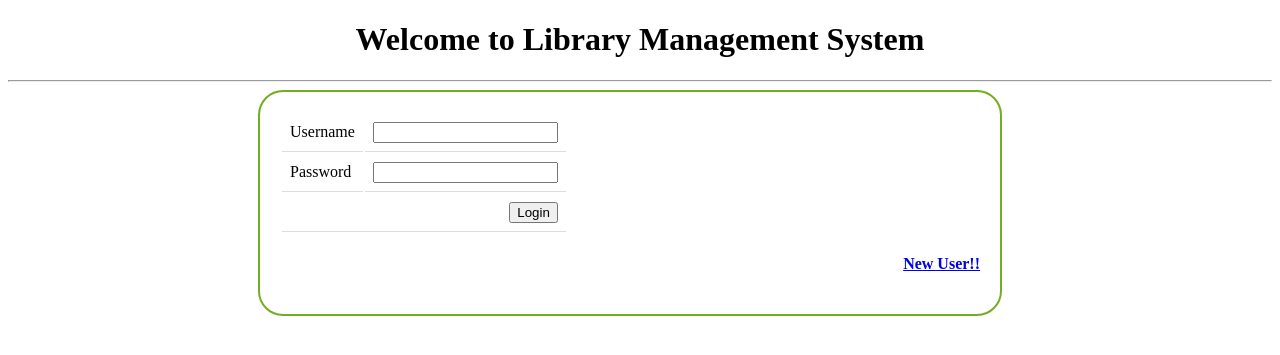
Repository: paragpatidar/LibraryManagementSystem
Page: http://localhost/LibraryManagementSystemSpring/
The author's editor kept a copy of each file at every save. The page is drawn from the files as they stood at one save, then again after the next save.
The browser window is 1280 px wide. The pictures show the whole page.
The page is served by Tomcat 9. Nobody is signed in. The application's start-up code is not run. Other server files are loaded and not shown.

Above is the page before, as saved 2017-11-08 07:22:35.

### LibraryManagementSystemSpring/WebContent/index.jsp
<%@ page language="java" contentType="text/html; charset=ISO-8859-1"
	pageEncoding="ISO-8859-1"%>
<!DOCTYPE html PUBLIC "-//W3C//DTD HTML 4.01 Transitional//EN" "http://www.w3.org/TR/html4/loose.dtd">
<html>
<head>
<meta http-equiv="Content-Type" content="text/html; charset=ISO-8859-1">
<title>Insert title here</title>
<style>
#form {
    border-radius: 25px;
    border: 2px solid #73AD21;
    padding: 20px;
    margin-right : 270px;
    margin-left : 250px;
}

th, td {
    padding: 8px;
    border-bottom: 1px solid #ddd;
}
</style>

</head>
<body>
	<h1 align="center">Welcome to Library Management System</h1>
	<hr>
	<div id="form">
	<form action="login.htm" method="post">
		<table>
			<tr>
				<td>Username</td>
				<td><input type="text" name="userName"></td>
			</tr>
			<tr>
				<td>Password</td>
				<td><input type="password" name="password"></td>
			</tr>
			<tr>
				<td colspan="2" align="right"><input type="submit" name="submit" value="Login"></td>
			</tr>
		</table>
	</form>
	<h4 align="right"><a href="newUser.htm">New User!!</a></h4>
	</div>
</body>
</html>

After the next save:
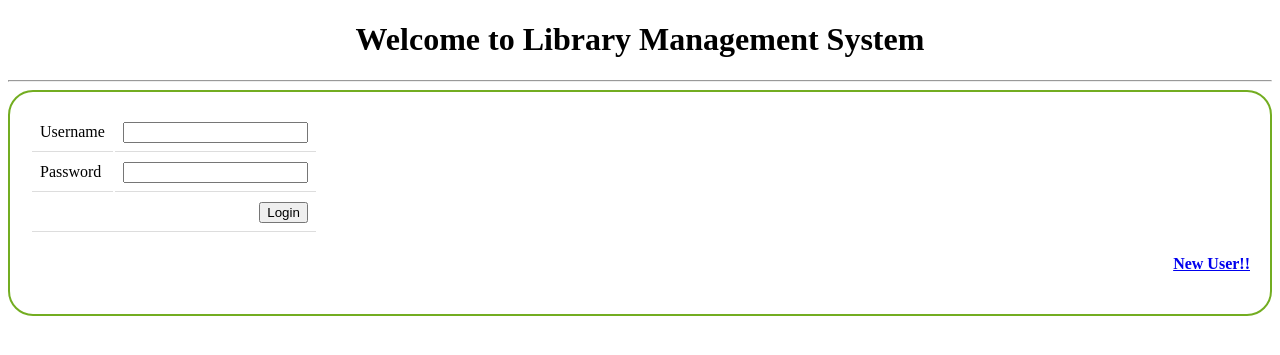
Saved 20 min 54 s later.
--- a/LibraryManagementSystemSpring/WebContent/index.jsp
+++ b/LibraryManagementSystemSpring/WebContent/index.jsp
@@ -10,8 +10,7 @@
     border-radius: 25px;
     border: 2px solid #73AD21;
     padding: 20px;
-    margin-right : 270px;
-    margin-left : 250px;
+	horizontal-align: center;
 }
 
 th, td {
